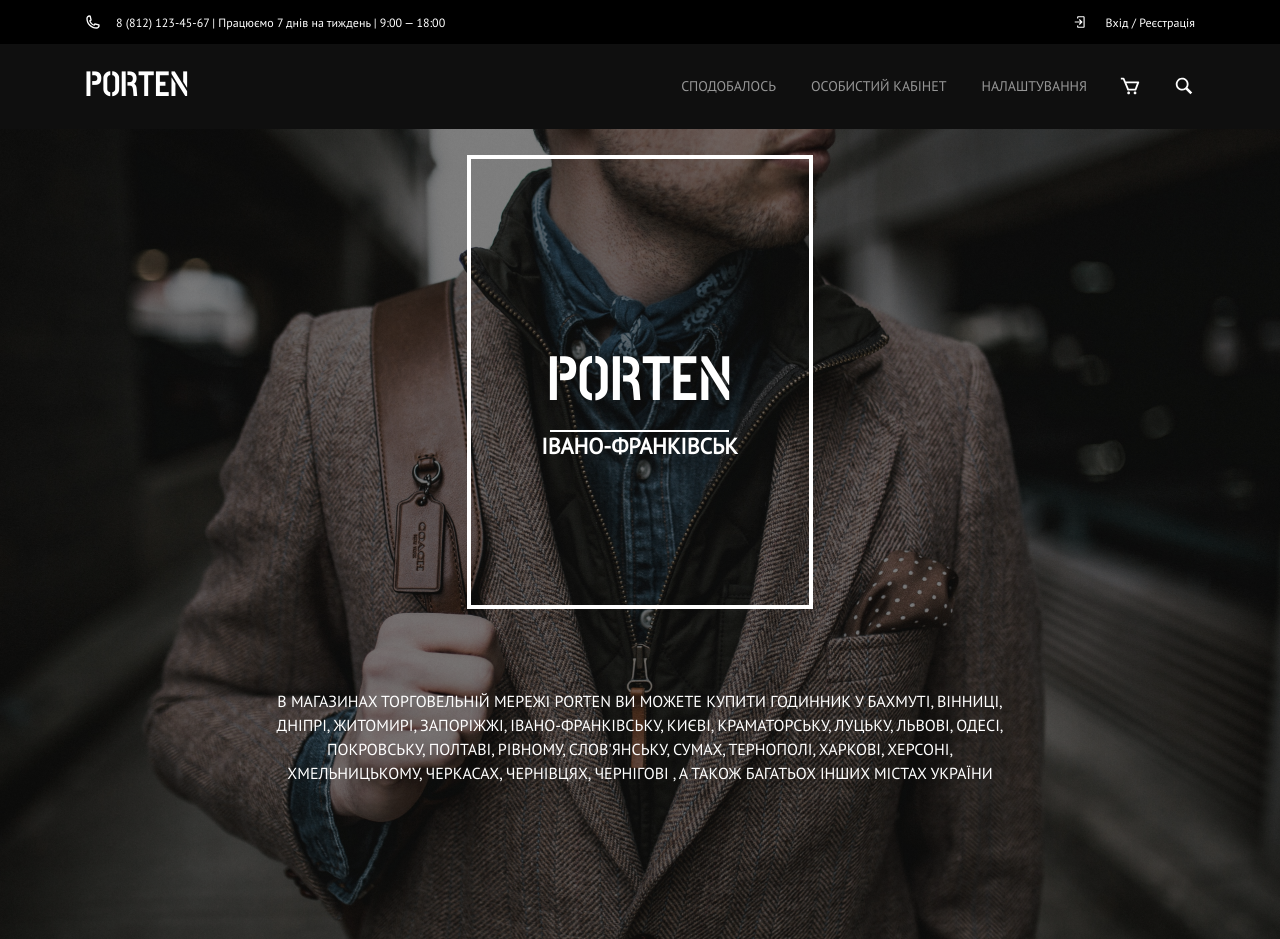
Repository: KYUUBI-K/porten
Page: index.html
An editor plug-in stored every save of this project. The page is shown before and after the next save, followed by the edit.
The browser window is 1280 px wide. The pictures show the whole page.

Above is the page before, as saved 2025-09-09 21:11:16.

After the next save:
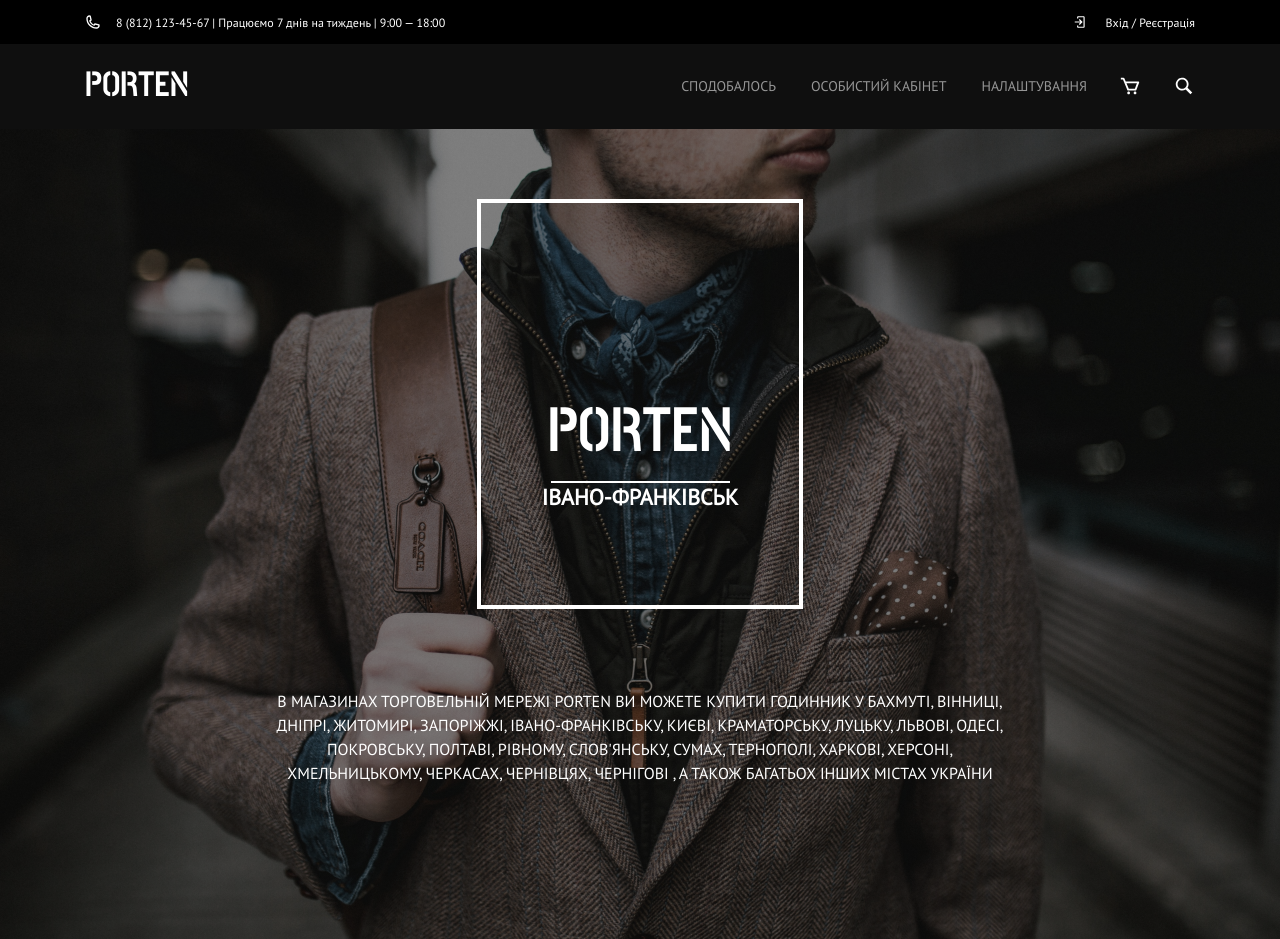
Saved 59 s later.
--- a/styles.css
+++ b/styles.css
@@ -142,7 +142,7 @@
   display: flex;
   flex-direction: column;
   border: 4px solid #fff;
-  padding: 175px 71px 145px 70px;
+  padding: 182px 61px 94px 61px;
   align-items: center;
 }
 .banner-title {
